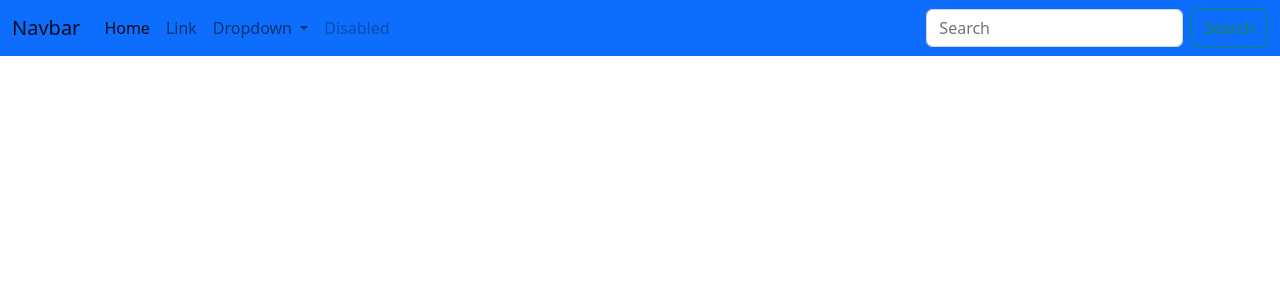
Repository: leosulzbach/Aula
Page: Bootstrap/bootstrap.html
The author's editor kept a copy of each file at every save. The page is drawn from the files as they stood at one save, then again after the next save.
The browser window is 1280 px wide. The pictures show the whole page.

Above is the page before, as saved 2022-05-26 13:45:07.

After the next save:
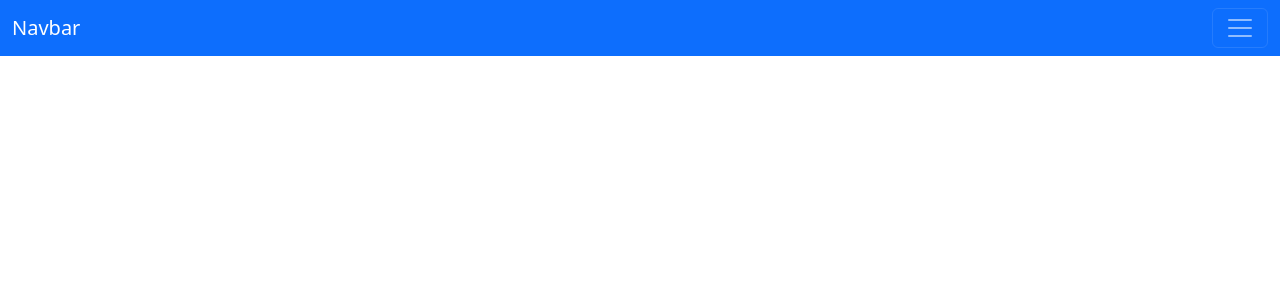
Saved 55 s later.
--- a/Bootstrap/bootstrap.html
+++ b/Bootstrap/bootstrap.html
@@ -9,7 +9,7 @@
     <title>Bootstrap</title>
 </head>
 <body>
-    <nav class="navbar navbar-expand-lg bg-primary">
+    <nav class="navbar navbar-dark bg-primary">
         <div class="container-fluid">
           <a class="navbar-brand" href="#">Navbar</a>
           <button class="navbar-toggler" type="button" data-bs-toggle="collapse" data-bs-target="#navbarSupportedContent" aria-controls="navbarSupportedContent" aria-expanded="false" aria-label="Toggle navigation">
